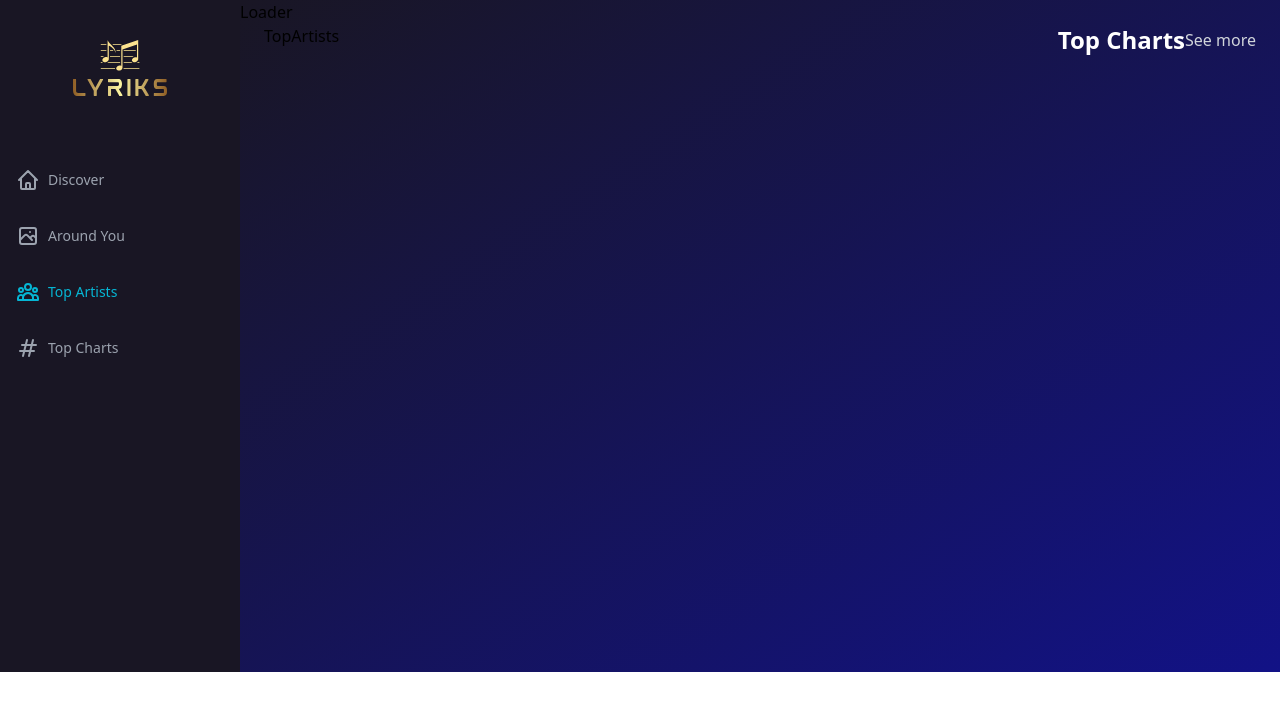
Repository: remydev47/Beats
Page: /top-artists
An editor plug-in stored every save of this project. The page is shown before and after the next save, followed by the edit.
The browser window is 1280 px wide. The pictures show the whole page.
The page's requests for data from a server got no answer. The project was rebuilt for these pictures with package versions that can differ from the ones it lists, and the page was loaded fresh each time. No one was signed in, and anything a server would have sent is missing. Also part of the build but not shown: vite.config.js, src/components/PlayPause.jsx, src/components/SongCard.jsx, src/components/ArtistCard.jsx, src/components/DetailsHeader.jsx, src/components/SongBar.jsx, src/components/RelatedSongs.jsx, src/components/MusicPlayer/Controls.jsx and 13 more.

Above is the page before, as saved 2022-09-24 18:07:29.

After the next save:
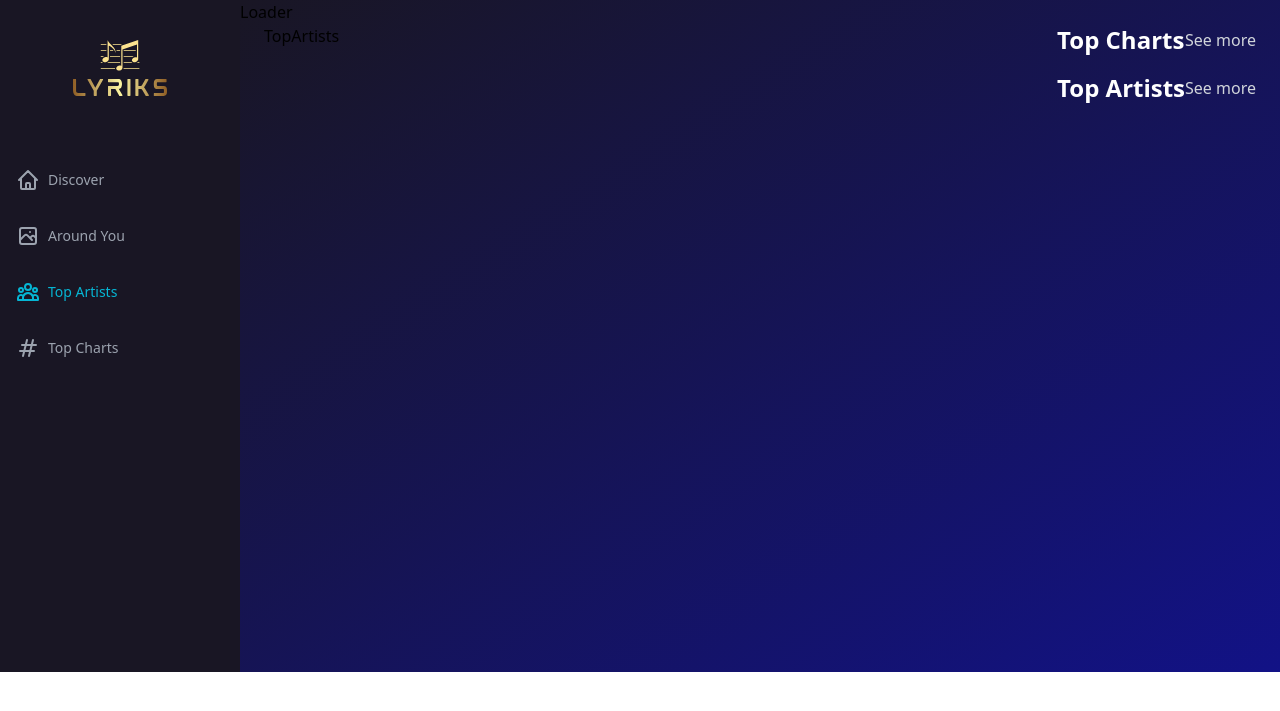
Saved 114 s later.
--- a/src/components/TopPlay.jsx
+++ b/src/components/TopPlay.jsx
@@ -63,7 +63,15 @@ const TopPlay = () => {
             />
           ))}
         </div>
+      </div>
 
+      <div>
+        <div className="flex flex-row justify-between items-center">
+          <h2 className="text-white font-bold text-2xl">Top Artists</h2>
+          <Link to="/top-charts">
+            <p className="text-gray-300 text-base cursor-pointer">See more</p>
+          </Link>
+         </div>
       </div>
     </div>
   )
